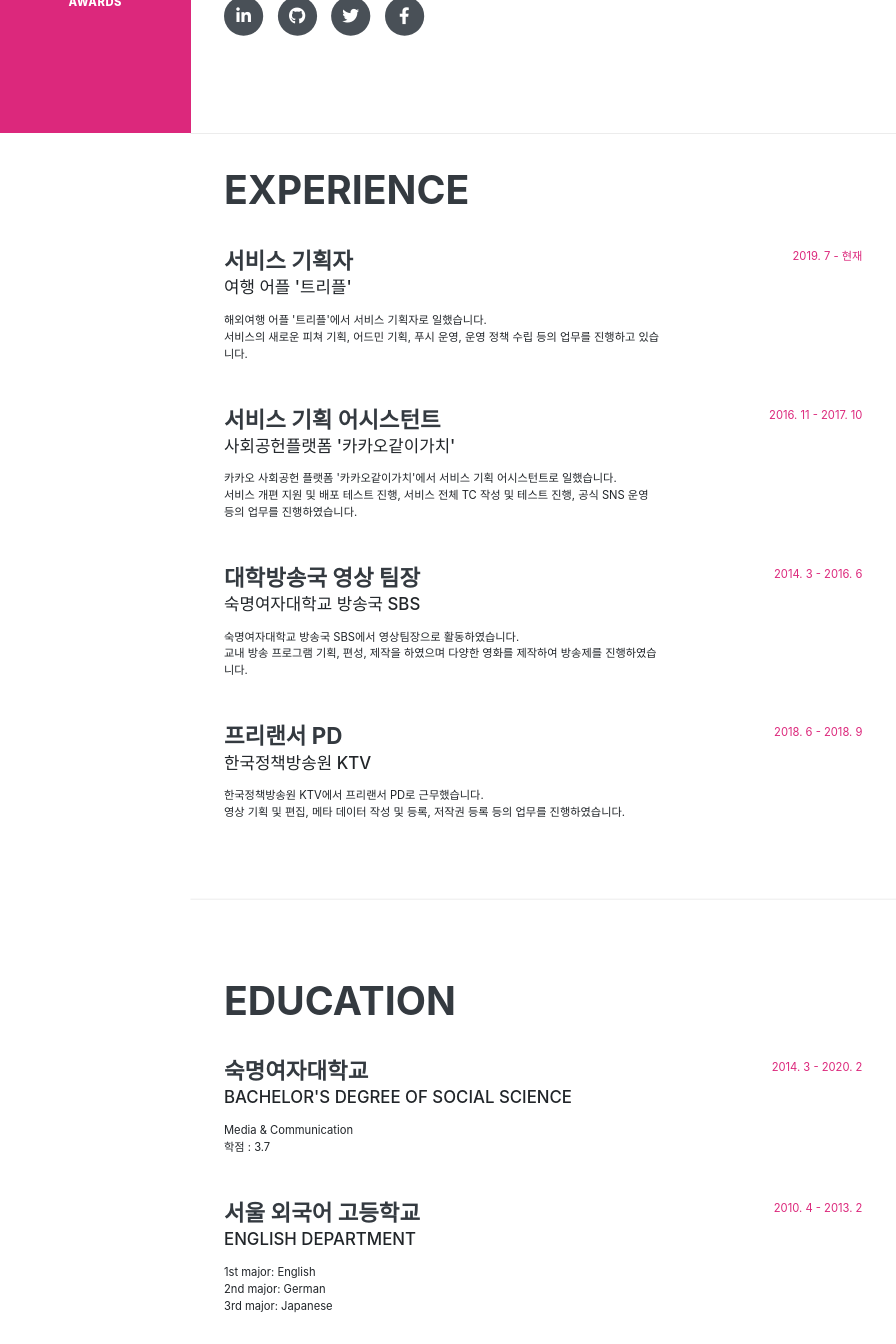
Repository: hyunah-aha/hyunah-aha
Page: Resume/index.html
The author's editor kept a record of every edit. The page is drawn from the files as they stood at one moment, then again after the next edit.
The browser window is 1280 px wide. The pictures show the part of the page from y = 530 to 2450 px (the page is 4823 px tall), at 70% of full size.
A picture or video elsewhere on the page could not be fetched, so the positions and the page height are approximate. Some web fonts or font styles are not loaded; a fallback is used.

Above is the page before.

### Resume/index.html
<!DOCTYPE html>
<html lang="kor">

<head>

  <meta charset="utf-8">
  <meta name="viewport" content="width=device-width, initial-scale=1, shrink-to-fit=no">
  <meta name="description" content="">
  <meta name="author" content="">

  <title>Resume - Start Bootstrap Theme</title>

  <!-- Bootstrap core CSS -->
  <link href="vendor/bootstrap/css/bootstrap.min.css" rel="stylesheet">

  <!-- Custom fonts for this template -->
  <link href="https://fonts.googleapis.com/css?family=Saira+Extra+Condensed:500,700" rel="stylesheet">
  <link href="https://fonts.googleapis.com/css?family=Muli:400,400i,800,800i" rel="stylesheet">
  <link href="vendor/fontawesome-free/css/all.min.css" rel="stylesheet">

  <!-- Custom styles for this template -->
  <link href="css/resume.css" rel="stylesheet">

</head>

<body id="page-top">

  <nav class="navbar navbar-expand-lg navbar-dark bg-primary fixed-top" id="sideNav">
    <a class="navbar-brand js-scroll-trigger" href="#page-top">
      <span class="d-block d-lg-none">조현아의 포트폴리오
</span>
      <span class="d-none d-lg-block">
        <img class="img-fluid img-profile rounded-circle mx-auto mb-2" src="img/hyunah_profile2.jpeg" alt="">
      </span>
    </a>
    <button class="navbar-toggler" type="button" data-toggle="collapse" data-target="#navbarSupportedContent" aria-controls="navbarSupportedContent" aria-expanded="false" aria-label="Toggle navigation">
      <span class="navbar-toggler-icon"></span>
    </button>
    <div class="collapse navbar-collapse" id="navbarSupportedContent">
      <ul class="navbar-nav">
        <li class="nav-item">
          <a class="nav-link js-scroll-trigger" href="#about">Hello :D </a>
        </li>
        <li class="nav-item">
          <a class="nav-link js-scroll-trigger" href="#experience">experience</a>
        </li>
        <li class="nav-item">
        </li>
        <li class="nav-item">
          <a class="nav-link js-scroll-trigger" href="#skills">skills</a>
        </li>
        <li class="nav-item">
          <a class="nav-link js-scroll-trigger" href="#interests">interests</a>
        </li>
        <li class="nav-item">
          <a class="nav-link js-scroll-trigger" href="#awards">awards</a>
        </li>
      </ul>
    </div>
  </nav>

  <div class="container-fluid p-0">

    <section class="resume-section p-3 p-lg-5 d-flex align-items-center" id="about">
      <div class="w-100">
        <h1 class="mb-0">조현아
        </h1>
        <br>
        <div class="subheading mb-5">T. 010-8704-0516<br>
          <a href="mailto:someday_ii@hanmail.net">E. someday_ii@hanmail.net</a>
        </div>
        <p class="lead mb-5">안녕하세요. 1년차 서비스 기획자 조현아입니다 🐥🌱 <br>이 자료는 저의 경력 사항들과, 그 이외의 경험들을 담고 있습니다. <br> 시간 내주셔서 감사드립니다. 지금부터 제 소개를 시작하겠습니다.</p>
        <br>
        <div class="social-icons">
          <a href="https://www.triple.guide/intro/" target="_blank">
            <i class="fab fa-linkedin-in"></i>
          </a>
          <a href="https://together.kakao.com/" target="_blank">
            <i class="fab fa-github"></i>
          </a>
          <a href="https://www.naver.com/" target="_blank">
            <i class="fab fa-twitter"></i>
          </a>
          <a href="https://www.daum.net" target="_blank">
            <i class="fab fa-facebook-f"></i>
          </a>
        </div>
      </div>
    </section>

    <hr class="m-0">

    <section class="resume-section p-3 p-lg-5 d-flex justify-content-center" id="experience">
      <div class="w-100">
        <h2 class="mb-5">Experience</h2>

        <div class="resume-item d-flex flex-column flex-md-row justify-content-between mb-5">
          <div class="resume-content">
            <h3 class="mb-0">서비스 기획자</h3>
            <div class="subheading mb-3">여행 어플 '트리플'</div>
            <p>해외여행 어플 '트리플'에서 서비스 기획자로 일했습니다. <br> 서비스의 새로운 피쳐 기획, 어드민 기획, 푸시 운영, 운영 정책 수립 등의 업무를 진행하고 있습니다. </p>
          </div>
          <div class="resume-date text-md-right">
            <span class="text-primary">2019. 7 - 현재</span>
          </div>
        </div>

        <div class="resume-item d-flex flex-column flex-md-row justify-content-between mb-5">
          <div class="resume-content">
            <h3 class="mb-0">서비스 기획 어시스턴트</h3>
            <div class="subheading mb-3">사회공헌플랫폼 '카카오같이가치'</div>
            <p>카카오 사회공헌 플랫폼 '카카오같이가치'에서 서비스 기획 어시스턴트로 일했습니다. <br>  서비스 개편 지원 및 배포 테스트 진행, 서비스 전체 TC 작성 및 테스트 진행, 공식 SNS 운영 등의 업무를 진행하였습니다. </p>
          </div>
          <div class="resume-date text-md-right">
            <span class="text-primary">2016. 11 - 2017. 10</span>
          </div>
        </div>

        <div class="resume-item d-flex flex-column flex-md-row justify-content-between">
          <div class="resume-content">
            <h3 class="mb-0">대학방송국 영상 팀장</h3>
            <div class="subheading mb-3">숙명여자대학교 방송국 SBS</div>
            <p>숙명여자대학교 방송국 SBS에서 영상팀장으로 활동하였습니다. <br>교내 방송 프로그램 기획, 편성, 제작을 하였으며 다양한 영화를 제작하여 방송제를 진행하였습니다.</p>
          </div>
          <div class="resume-date text-md-right">
            <span class="text-primary">2014. 3 - 2016. 6</span>
          </div>
        </div>
        <br><br>

        <div class="resume-item d-flex flex-column flex-md-row justify-content-between mb-5">
          <div class="resume-content">
            <h3 class="mb-0">프리랜서 PD</h3>
            <div class="subheading mb-3">한국정책방송원 KTV</div>
            <p>한국정책방송원 KTV에서 프리랜서 PD로 근무했습니다. <br>영상 기획 및 편집, 메타 데이터 작성 및 등록, 저작권 등록 등의 업무를 진행하였습니다.</p>
          </div>
          <div class="resume-date text-md-right">
            <span class="text-primary">2018. 6 - 2018. 9</span>
          </div>
        </div>

        </div>

      </div>

    </section>

    <hr class="m-0">

    <section class="resume-section p-3 p-lg-5 d-flex align-items-center" id="education">
      <div class="w-100">
        <h2 class="mb-5">Education</h2>

        <div class="resume-item d-flex flex-column flex-md-row justify-content-between mb-5">
          <div class="resume-content">
            <h3 class="mb-0">숙명여자대학교</h3>
            <div class="subheading mb-3">bachelor's degree of social science</div>
            <div>Media & Communication</div>
            <p>학점 : ️3.7</p>
          </div>
          <div class="resume-date text-md-right">
            <span class="text-primary">2014. 3 - 2020. 2</span>
          </div>
        </div>

        <div class="resume-item d-flex flex-column flex-md-row justify-content-between">
          <div class="resume-content">
            <h3 class="mb-0">서울 외국어 고등학교</h3>
            <div class="subheading mb-3">English department</div>
            <p>1st major: English<br>
            2nd major: German<br>
            3rd major: Japanese</p>
          </div>
          <div class="resume-date text-md-right">
            <span class="text-primary">2010. 4 - 2013. 2</span>
          </div>
        </div>

      </div>
    </section>

    <hr class="m-0">


    <section class="resume-section p-3 p-lg-5 d-flex align-items-center" id="skills">
      <div class="w-100">
        <h2 class="mb-5">Skills</h2>

        <div class="subheading mb-3">Programming Languages &amp; Tools</div>
        <ul class="list-inline dev-icons">
          <li class="list-inline-item">
            <i class="fab fa-html5"></i>
          </li>
          <li class="list-inline-item">
            <i class="fab fa-css3-alt"></i>
          </li>
          <li class="list-inline-item">
            <i class="fab fa-js-square"></i>
          </li>
          <li class="list-inline-item">
            <i class="fab fa-angular"></i>
          </li>
          <li class="list-inline-item">
            <i class="fab fa-react"></i>
          </li>
          <li class="list-inline-item">
            <i class="fab fa-node-js"></i>
          </li>
          <li class="list-inline-item">
            <i class="fab fa-sass"></i>
          </li>
          <li class="list-inline-item">
            <i class="fab fa-less"></i>
          </li>
          <li class="list-inline-item">
            <i class="fab fa-wordpress"></i>
          </li>
          <li class="list-inline-item">
            <i class="fab fa-gulp"></i>
          </li>
          <li class="list-inline-item">
            <i class="fab fa-grunt"></i>
          </li>
          <li class="list-inline-item">
            <i class="fab fa-npm"></i>
          </li>
        </ul>

        <div class="subheading mb-3">Know more</div>
        <div class="card" style="width: 18rem;">
          <img src="..." class="card-img-top" alt="...">
          <div class="card-body">
          <h5 class="card-title">트리플</h5>
          <p class="card-text">Some quick example text to build on the card title and make up the bulk of the card's content.</p>
          <a href=https://www.triple.guide/intro/ class="btn btn-primary">더보기</a>
        </div>
</div>
      </div>
    </section>

    <hr class="m-0">

    <section class="resume-section p-3 p-lg-5 d-flex align-items-center" id="interests">
      <div class="w-100">
        <h2 class="mb-5">Interests</h2>
        <h5>저는 밖에서 걷고, 뛰는 것을 좋아합니다. <br>아무 도구 없이도, 두 발만 있으면 언제 어디서든 할 수 있다는 '자유로움' 때문입니다. 그리고, 걷거나 달리면서 다양한 것들을 할 수 있어요. 특별한 상상을 할 수도 있고, 머리 속을 텅- 비워볼 수 있고, 또 복잡했던 고민을 풀거나 감정을 정리할 수도 있어요. 종종 책상에선 떠오르지 않던 아이디어가 뿅! 하고 튀어나오기도 해요. :D</h5><br>
        <p class="mb-0">그리고 또, 이런 것들을 좋아해요.<br>
        #영화 #여행 #강아지 #글씨쓰기 #대화 #혼자만의_시간 #디즈니 #상상</p>
      </div>
    </section>

    <hr class="m-0">

    <section class="resume-section p-3 p-lg-5 d-flex align-items-center" id="awards">
      <div class="w-100">
        <h2 class="mb-5">Awards &amp; Certifications</h2>
        <ul class="fa-ul mb-0">
          <li>
            <i class="fa-li fa fa-trophy text-warning"></i>
            대한민국 CSR 필름 페스티벌 재능나눔상(보건복지부장관상)</li>
          <li>
            <i class="fa-li fa fa-trophy text-warning"></i>
            신한은행 광고 영상 UCC 공모전 우수상</li>
          <li>
            <i class="fa-li fa fa-trophy text-warning"></i>
            경찰청 29초 영화제 최우수상</li>

        </ul>
      </div>
    </section>

  </div>

  <!-- Bootstrap core JavaScript -->
  <script src="vendor/jquery/jquery.min.js"></script>
  <script src="vendor/bootstrap/js/bootstrap.bundle.min.js"></script>

  <!-- Plugin JavaScript -->
  <script src="vendor/jquery-easing/jquery.easing.min.js"></script>

  <!-- Custom scripts for this template -->
  <script src="js/resume.min.js"></script>

</body>

</html>

### Resume/css/resume.css
/*!
 * Start Bootstrap - Resume v5.0.8 (https://startbootstrap.com/template-overviews/resume)
 * Copyright 2013-2019 Start Bootstrap
 * Licensed under MIT (https://github.com/BlackrockDigital/startbootstrap-resume/blob/master/LICENSE)
 */
head

body {
  font-family: 'Muli', -apple-system, BlinkMacSystemFont, 'Segoe UI', Roboto, 'Helvetica Neue', Arial, sans-serif, 'Apple Color Emoji', 'Segoe UI Emoji', 'Segoe UI Symbol', 'Noto Color Emoji';
  padding-top: 54px;
  color: #868e96;
}

@media (min-width: 992px) {
  body {
    padding-top: 0;
    padding-left: 17rem;
  }
}

h1,
h2,
h3,
h4,
h5,
h6 {
  font-family: 'Saira Extra Condensed', -apple-system, BlinkMacSystemFont, 'Segoe UI', Roboto, 'Helvetica Neue', Arial, sans-serif, 'Apple Color Emoji', 'Segoe UI Emoji', 'Segoe UI Symbol', 'Noto Color Emoji';
  font-weight: 700;
  text-transform: uppercase;
  color: #343a40;
}

h1 {
  font-size: 6rem;
  line-height: 5.5rem;
}

h2 {
  font-size: 3.5rem;
}

h3 {
  font-size: 2rem;
}

p.lead {
  font-size: 1.15rem;
  font-weight: 400;
}

.subheading {
  text-transform: uppercase;
  font-weight: 500;
  font-family: 'Saira Extra Condensed', -apple-system, BlinkMacSystemFont, 'Segoe UI', Roboto, 'Helvetica Neue', Arial, sans-serif, 'Apple Color Emoji', 'Segoe UI Emoji', 'Segoe UI Symbol', 'Noto Color Emoji';
  font-size: 1.5rem;
}

.social-icons a {
  display: inline-block;
  height: 3.5rem;
  width: 3.5rem;
  background-color: #495057;
  color: #fff !important;
  border-radius: 100%;
  text-align: center;
  font-size: 1.5rem;
  line-height: 3.5rem;
  margin-right: 1rem;
}

.social-icons a:last-child {
  margin-right: 0;
}

.social-icons a:hover {
  background-color: #BD5D38;
}

.dev-icons {
  font-size: 3rem;
}

.dev-icons .list-inline-item i:hover {
  color: #BD5D38;
}

#sideNav .navbar-nav .nav-item .nav-link {
  font-weight: 800;
  letter-spacing: 0.05rem;
  text-transform: uppercase;
}

#sideNav .navbar-toggler:focus {
  outline-color: #d48a6e;
}

@media (min-width: 992px) {
  #sideNav {
    text-align: center;
    position: fixed;
    top: 0;
    left: 0;
    display: flex;
    flex-direction: column;
    width: 17rem;
    height: 100vh;
  }
  #sideNav .navbar-brand {
    display: flex;
    margin: auto auto 0;
    padding: 0.5rem;
  }
  #sideNav .navbar-brand .img-profile {
    max-width: 10rem;
    max-height: 10rem;
    border: 0.5rem solid rgba(255, 255, 255, 0.2);
  }
  #sideNav .navbar-collapse {
    display: flex;
    align-items: flex-start;
    flex-grow: 0;
    width: 100%;
    margin-bottom: auto;
  }
  #sideNav .navbar-collapse .navbar-nav {
    flex-direction: column;
    width: 100%;
  }
  #sideNav .navbar-collapse .navbar-nav .nav-item {
    display: block;
  }
  #sideNav .navbar-collapse .navbar-nav .nav-item .nav-link {
    display: block;
  }
}

section.resume-section {
  padding-top: 5rem !important;
  padding-bottom: 5rem !important;
  max-width: 75rem;
}

section.resume-section .resume-item .resume-date {
  min-width: none;
}

@media (min-width: 768px) {
  section.resume-section {
    min-height: 100vh;
  }
  section.resume-section .resume-item .resume-date {
    min-width: 18rem;
  }
}

@media (min-width: 992px) {
  section.resume-section {
    padding-top: 3rem !important;
    padding-bottom: 3rem !important;
  }
}

.bg-primary {
  background-color: #dc287c !important;
}

.text-primary {
  color: #dc287c !important;
}

a {
  color: #dc287c;
}

a:hover, a:focus, a:active {
  color: #824027;
}

Loaded but not shown: Resume/vendor/bootstrap/css/bootstrap.min.css (library); Resume/vendor/fontawesome-free/css/all.min.css (library); Resume/vendor/jquery/jquery.min.js (library); Resume/vendor/bootstrap/js/bootstrap.bundle.min.js (library); Resume/vendor/jquery-easing/jquery.easing.min.js (common file); Resume/js/resume.min.js (common file)

After the next edit:
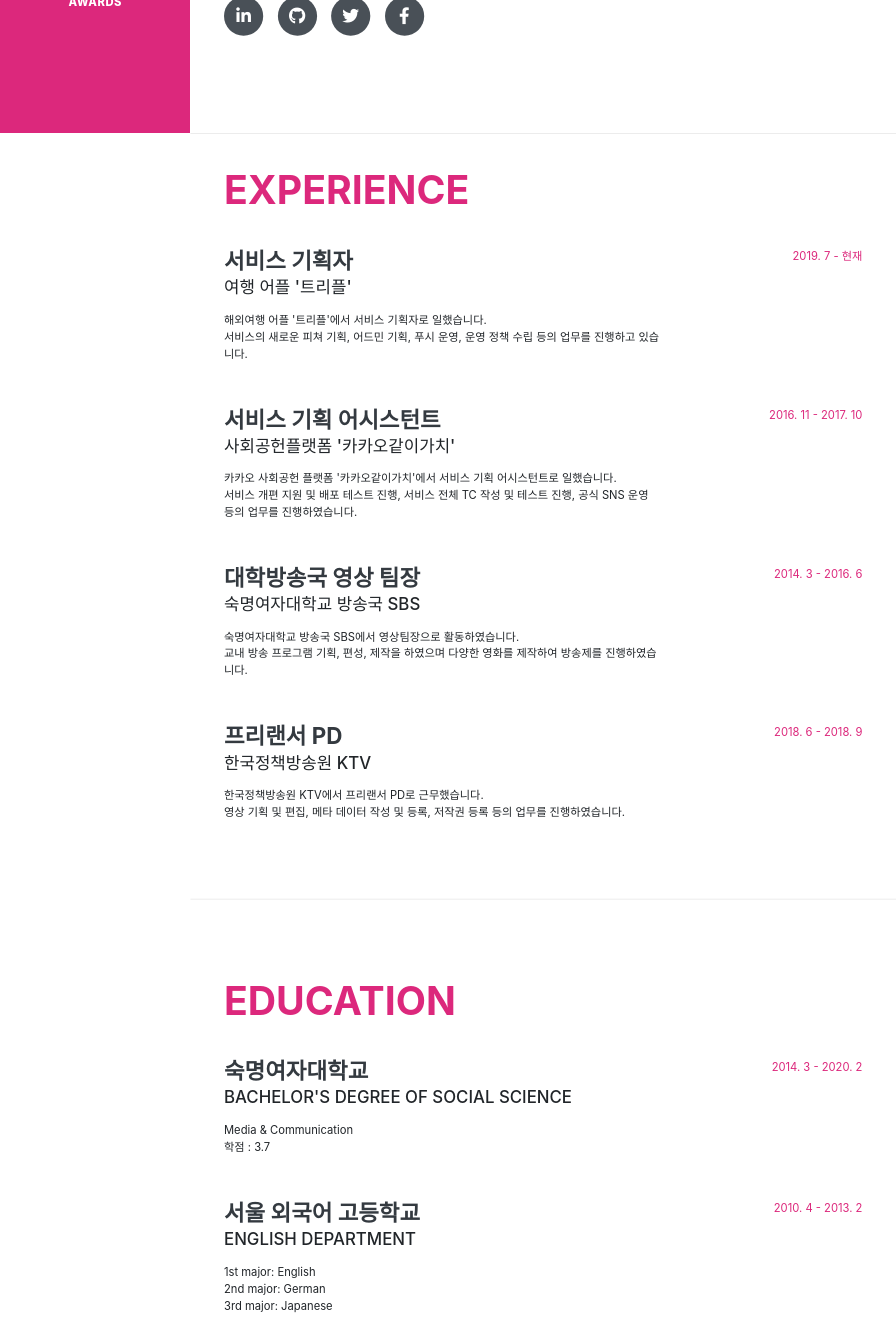
The edit:
--- a/Resume/css/resume.css
+++ b/Resume/css/resume.css
@@ -36,6 +36,7 @@
 }
 
 h2 {
+  color: #dc287c;
   font-size: 3.5rem;
 }
 
